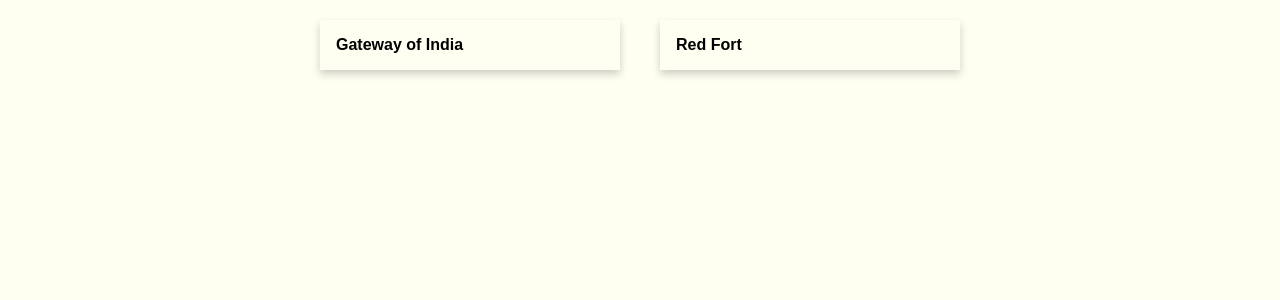
Repository: Muskan1Kumari4draw/React-app-with-concept
Page: /
The author's editor kept a copy of each file at every save. The page is drawn from the files as they stood at one save, then again after the next save.
The browser window is 1280 px wide. The pictures show the whole page.
The project was rebuilt for these pictures with package versions that can differ from the ones it lists, and the page was loaded fresh each time.

Above is the page before, as saved 2024-09-29 15:15:12.

### src/App.js
import React from 'react';
import Restaurant from  "./component/Basic/Restaurant";
const App = () => {
  return <Restaurant/> ;
};

export default App

### src/component/Basic/Restaurant.js
import React from 'react';
import "./style.css";
import data from './restaurant.json'
const Restaurant = () => {
  return (
    <>

  <section class="section-div">
    {
        data.map((area,index) =>{
        return (
<div className="card" key ={index}>
        <div className="container">
          <span className="card-title"><b>{area.Monuments}</b></span>
          <p className="description">{area.description}</p>
          <img  alt="" />
        </div>
      <div>
      </div>
      </div>
        )})
        }
     </section>


    </>
  );
};

export default Restaurant;

### src/component/Basic/style.css
* {
  margin: 0;
  padding: 0;
  box-sizing: border-box;
}

body {
  background: rgb(255, 255, 241);
  font-family: Arial, sans-serif;
}

/* Navbar Styling */
.navbar {
  margin: auto;
  background: #fff;
  height: 50px;
  box-shadow: 0 4px 8px 0 rgba(0, 0, 0, 0.2);
  display: flex;
  justify-content: center;
  align-items: center;
}

.menu-nav {
  display: flex;
  justify-content: center;
}

.navbar a {
  color: #333;
  text-align: center;
  padding: 14px 16px;
  text-decoration: none;
  font-size: 17px;
  margin: auto;
}

/* Card Styling */
.card {
  box-shadow: 0 4px 8px 0 rgba(0, 0, 0, 0.2);
  transition: 0.3s;
  width: 300px;
  height: auto;
  margin: 20px;
}

.card:hover {
  box-shadow: 0 8px 16px 0 rgba(0, 0, 0, 0.2);
}

.container {
  padding: 16px;
}

.container img {
  width: 100%;
  height: auto;
  display: block;
}

.section-div {
  display: flex;
  flex-wrap: wrap;
  justify-content: center;
  align-items: center;
}

/* Responsive Media Queries */
@media screen and (max-width: 768px) {
  /* Stack the navbar links vertically on small screens */
  .navbar {
    flex-direction: column;
    height: auto;
  }

  .menu-nav {
    flex-direction: column;
  }

  .navbar a {
    padding: 10px;
    font-size: 15px;
    margin: 5px 0;
  }

  /* Adjust card layout on small screens */
  .card {
    width: 90%;
    margin: 10px;
  }

  /* Adjust font size and padding */
  .container {
    padding: 10px;
  }
}

@media screen and (max-width: 480px) {
  /* Further adjustments for very small screens */
  .navbar a {
    font-size: 14px;
    padding: 8px;
  }

  .card {
    width: 100%;
    margin: 10px;
  }

  .container h4 {
    font-size: 18px;
  }

  .container p {
    font-size: 14px;
  }
}  * {
      margin: 0;
      padding: 0;
      box-sizing: border-box;
    }

    body {
      background: rgb(255, 255, 241);
      font-family: Arial, sans-serif;
    }

    /* Navbar Styling */
    .navbar {
      margin: auto;
      background: #fff;
      height: 50px;
      box-shadow: 0 4px 8px 0 rgba(0, 0, 0, 0.2);
      display: flex;
      justify-content: center;
      align-items: center;
    }

    .menu-nav {
      display: flex;
      justify-content: center;
    }

    .navbar a {
      color: #333;
      text-align: center;
      padding: 14px 16px;
      text-decoration: none;
      font-size: 17px;
      margin: auto;
    }

    /* Card Styling */
    .card {
      box-shadow: 0 4px 8px 0 rgba(0, 0, 0, 0.2);
      transition: 0.3s;
      width: 300px;
      height: auto;
      margin: 20px;
    }

    .card:hover {
      box-shadow: 0 8px 16px 0 rgba(0, 0, 0, 0.2);
    }

    .container {
      padding: 16px;
    }

    .container img {
      width: 100%;
      height: auto;
      display: block;
    }

    .section-div {
      display: flex;
      flex-wrap: wrap;
      justify-content: center;
      align-items: center;
    }

    /* Responsive Media Queries */
    @media screen and (max-width: 768px) {
      /* Stack the navbar links vertically on small screens */
      .navbar {
        flex-direction: column;
        height: auto;
      }

      .menu-nav {
        flex-direction: column;
      }

      .navbar a {
        padding: 10px;
        font-size: 15px;
        margin: 5px 0;
      }

      /* Adjust card layout on small screens */
      .card {
        width: 90%;
        margin: 10px;
      }

      /* Adjust font size and padding */
      .container {
        padding: 10px;
      }
    }

    @media screen and (max-width: 480px) {
      /* Further adjustments for very small screens */
      .navbar a {
        font-size: 14px;
        padding: 8px;
      }

      .card {
        width: 100%;
        margin: 10px;
      }

      .container h4 {
        font-size: 18px;
      }

      .container p {
        font-size: 14px;
      }
    }

### src/component/Basic/restaurant.json
[
  {
    "Id":1,
    "city": "Mumbai",
    "Monuments": "Gateway of India",
    "Description": "The Gateway of India is a 26-meter (85-foot) tall arch monument in Mumbai, India that was built to commemorate the visit of King George V and Queen Mary in 1911"
  },
  {
    "Id":2,
    "city": "Delhi",
    "Monuments": "Red Fort",
    "Description": "Red Fort Known for its architectural splendor, it is primarily constructed from red sandstone and marble, hence its name. The fort's construction began in 1639 and took nearly a decade. Originally known as 'Qila-i-Mubarak', it was later renamed Red Fort."
  }
]

Loaded but not shown: public/index.html (common file); src/index.js (common file); src/reportWebVitals.js (common file)

After the next save:
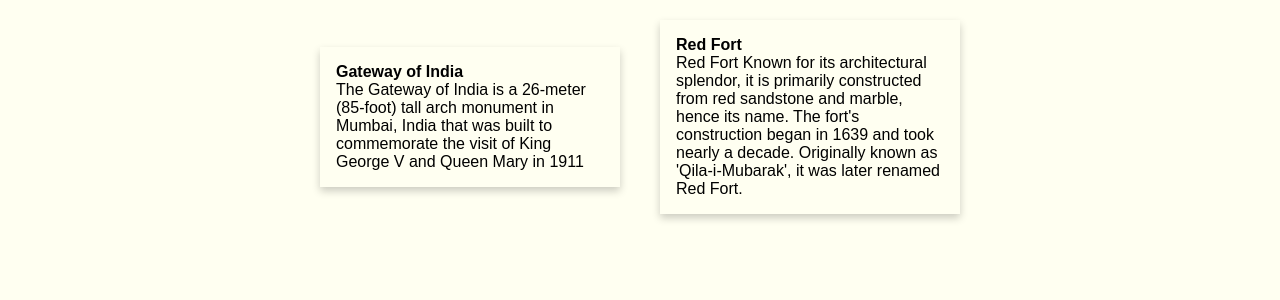
Saved 18 s later.
--- a/src/component/Basic/Restaurant.js
+++ b/src/component/Basic/Restaurant.js
@@ -12,7 +12,7 @@
 <div className="card" key ={index}>
         <div className="container">
           <span className="card-title"><b>{area.Monuments}</b></span>
-          <p className="description">{area.description}</p>
+          <p className="description">{area.Description}</p>
           <img  alt="" />
         </div>
       <div>
